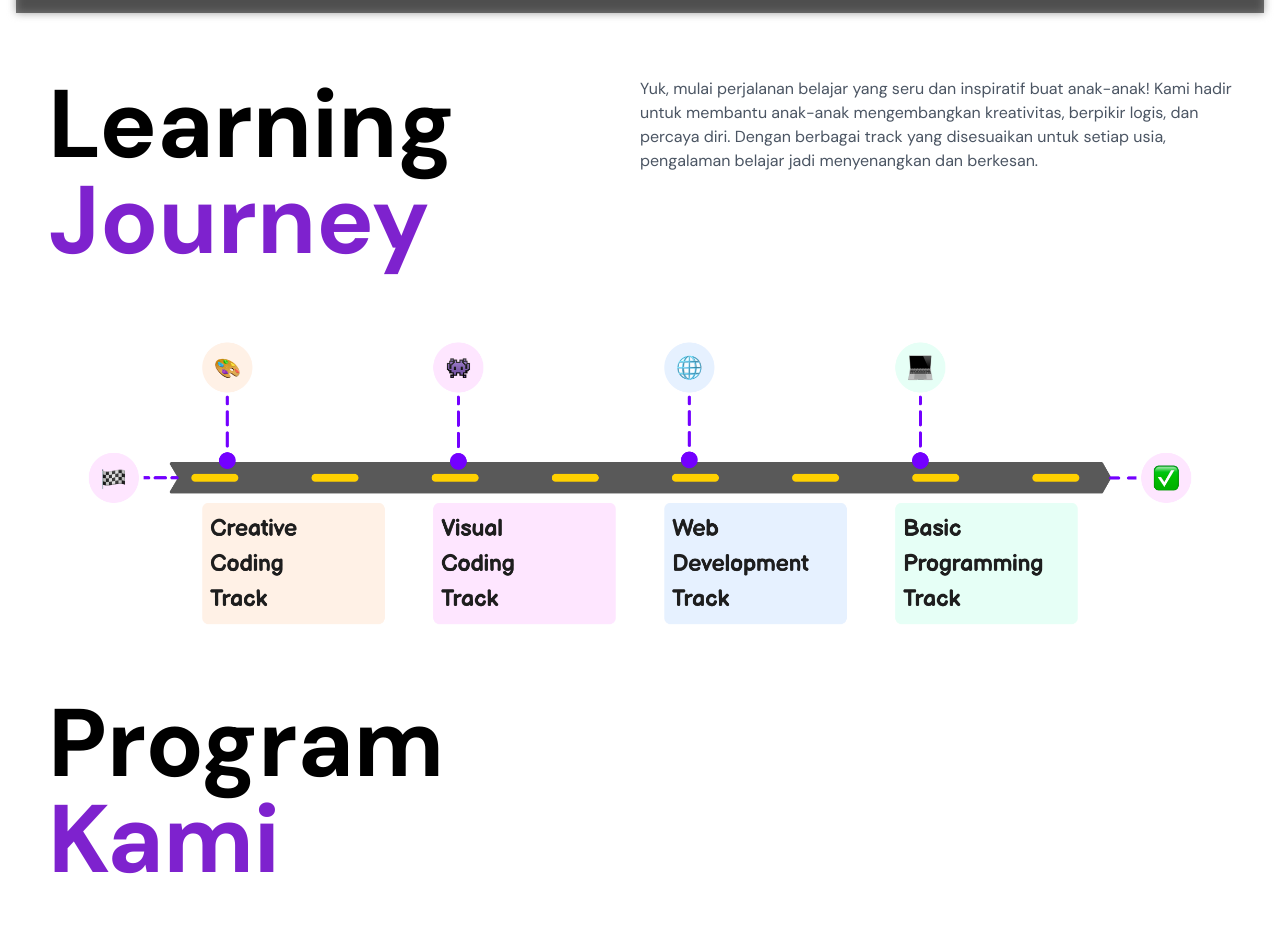
Repository: paskasiregar/ttccomweb
Page: /track/basic-programming
These files come from the project's save history. The page is drawn as it stood at one moment and after the next save; the edit follows.
The browser window is 1280 px wide. The pictures show the part of the page from y = 1515 to 2467 px (the page is 2467 px tall before and 2371 px after).
Pictures or frames that could not be fetched are drawn as grey boxes. The project was rebuilt for these pictures with package versions that can differ from the ones it lists, and the page was loaded fresh each time. The framework's server and built-in components were replaced by stand-ins that run in the browser. Also part of the build but not shown: next.config.js, next.config.mjs.

Above is the page before, as saved 2024-11-16 22:57:41.

After the next save:
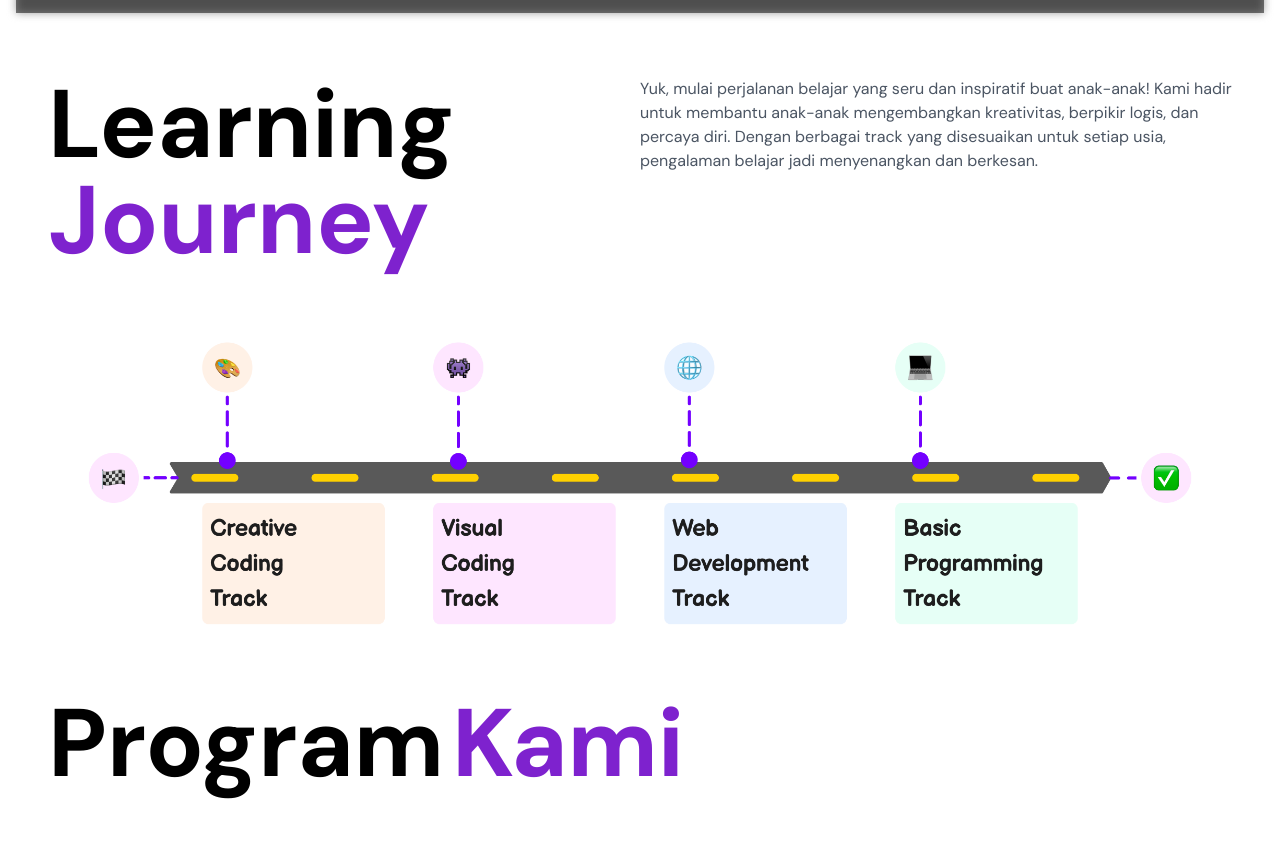
Saved 93 s later.
--- a/src/app/track/[track]/page.js
+++ b/src/app/track/[track]/page.js
@@ -104,16 +104,10 @@ export default function TrackPage() {
 
         {/* Our Program Section */}
         <section className="w-full my-8 px-4 sm:px-8 max-w-container mb-8">
-          <div>
-            <div className="flex flex-col md:flex-row items-center md:items-start md:justify-between">
-              {/* Title */}
-              <div className="max-w-lg md:w-1/2">
-                <h1 className="text-6xl md:text-8xl font-bold mb-8">
-                  Program <span className="text-purple-700">Kami</span>
-                </h1>
-              </div>
-            </div>
-          </div>
+          <h1 className="text-6xl md:text-8xl font-bold mb-8 flex flex-row items-center space-x-2">
+            <span>Program</span>
+            <span className="text-purple-700">Kami</span>
+          </h1>
         </section>
       </section>
     </div>
